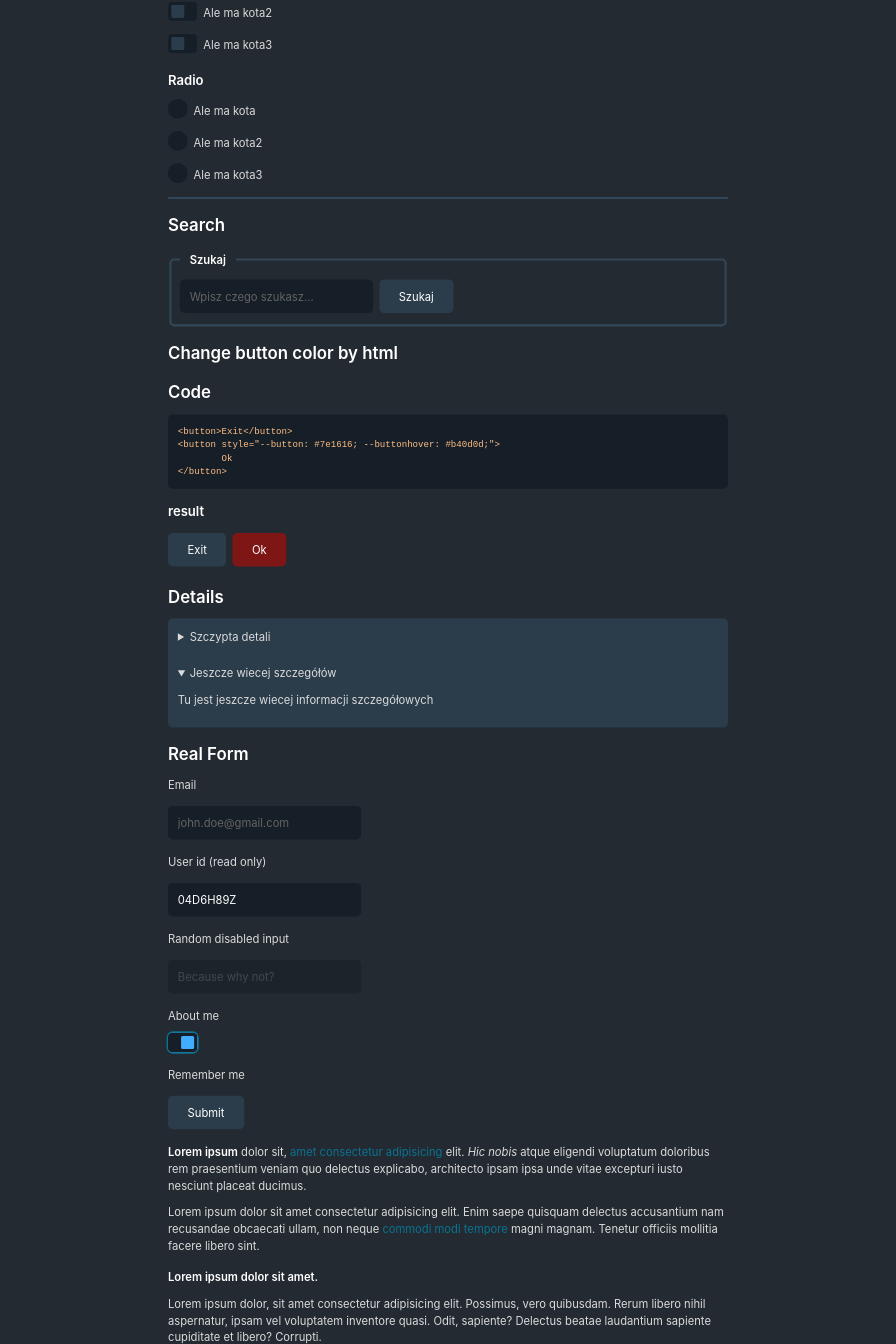
Repository: KozakBartosz/Draft
Page: index.html
An editor plug-in stored every save of this project. The page is shown before and after the next save, followed by the edit.
The browser window is 1280 px wide. The pictures show the part of the page from y = 2646 to 4566 px (the page is 4660 px tall), at 70% of full size.

Above is the page before, as saved 2019-04-12 08:49:52.

After the next save:
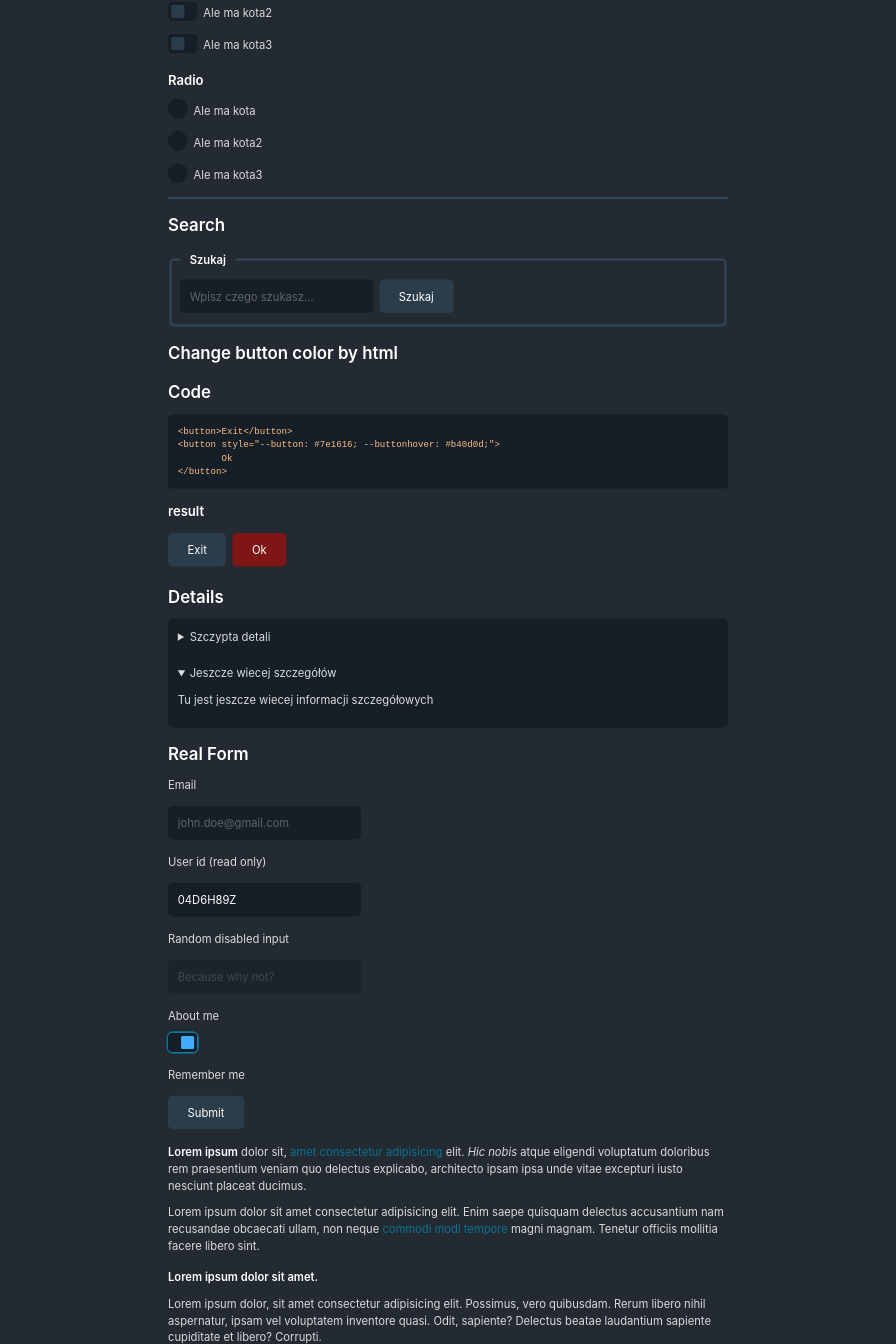
Saved 26 s later.
--- a/draft.css
+++ b/draft.css
@@ -329,7 +329,7 @@ fieldset > legend {
 details {
 	padding: var(--mainpaddng);
 	border-radius: var(--radius);
-	background: var(--like);
+	background: var(--low);
 }
 details + details {
 	margin-top: calc(var(--radius) * -1);
